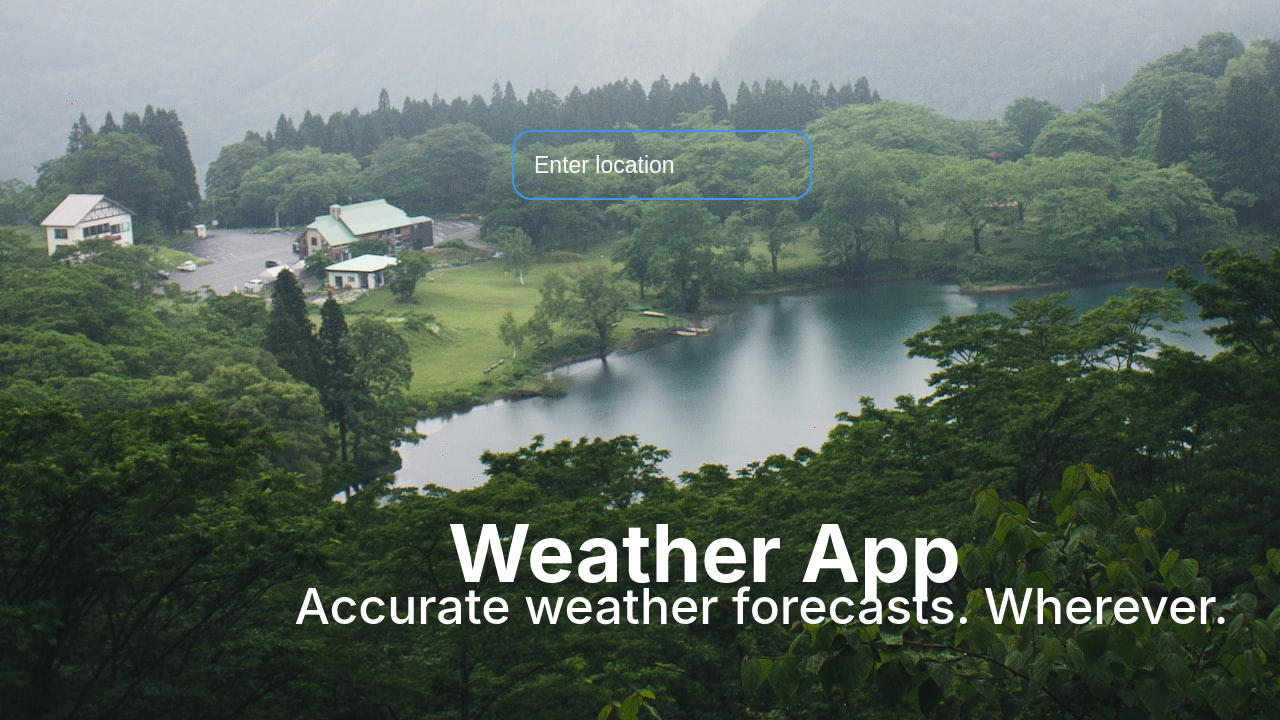
Repository: RenataDzotova/WeatherForecast
Page: /
The author's editor kept a copy of each file at every save. The page is drawn from the files as they stood at one save, then again after the next save.
The browser window is 1280 px wide. The pictures show the whole page.
The project was rebuilt for these pictures with package versions that can differ from the ones it lists, and the page was loaded fresh each time. The framework's server and built-in components were replaced by stand-ins that run in the browser. Also part of the build but not shown: next.config.js, styles/Home.module.css.

Above is the page before, as saved 2023-01-19 16:48:25.

### pages/index.js
import Head from 'next/head'
import Image from 'next/image'
import styles from '../styles/Home.module.css'
import axios from 'axios'
import { useState } from 'react'
import { FlexBox, Wrapper, Text, ImgPlaceholder } from '../styles/global'

export default function Home() {
  const [data, setData] = useState({});
  const [location, setLocation] = useState('');
  const [weather, setWeather] = useState();
  const [errorMessage, setErrorMessage] = useState('')
  const [showTitle, setShowTitle] = useState('Weather App')
  const [showDesc, setShowDesc] = useState('Accurate weather forecasts. Wherever.')

  const searchLocation = (event) => {
    if (event.key === "Enter"){
      axios.get(url)
      .then((response) => {
        console.clear()
        setData(response.data)
        console.log(response.data)
        setWeather(response.data.weather)
        setErrorMessage("")
        setShowTitle("")
        setShowDesc("")
      }) .catch(err => {
        console.log(err)
        setErrorMessage("Please enter another location")
        setData({})
        setWeather()
      })
      setLocation('')
    }
  }

  var apiKey = "f1c3aba9f416efdb16702d2866709e98";
  var lang = "en";
  var units = "metric";
  const url = `https://api.openweathermap.org/data/2.5/weather?q=${location}&units=${units}&appid=${apiKey}&lang=${lang}`

  return (
    <div className={styles.bg}>
      <Head>
        <title>Create Next App</title>
        <meta name="description" content="Generated by create next app" />
        <link rel="icon" href="/favicon.ico" />
        <link rel="preconnect" href="https://fonts.gstatic.com" crossorigin />
        <link
            href="https://fonts.googleapis.com/css2?family=Plus+Jakarta+Sans:ital,wght@0,200;0,300;0,400;0,500;0,600;0,700;0,800;1,200;1,300;1,400;1,500;1,600;1,700;1,800&display=swap"
            rel="stylesheet"
            />
      </Head>

      <main>


        {
          data &&
            <span>
              {errorMessage}
              <span className='titleText'>
              {showTitle}
              </span>
              <span className='descText'>
              {showDesc}
              </span>
            </span>
        }


        <input className='inputStyle'
          value = {location}
          onChange={event=> setLocation(event.target.value)}
          placeholder="Enter location"
          onKeyDown={searchLocation}
          type="text"
          style={{position:"absolute", top:"130px", left:"40%" }}
        >
        </input>

        {
          weather && weather.map((w, index) =>{
            return(
              <Wrapper bgImage={ data.main.temp.toFixed() < 0 && w.main=="Snow" ? "/alora-griffiths-HlnFco4i624-unsplash.jpg" : w.main=="Rain" || w.main=="Thunderstorm" ? "/nick-nice-ve-R7PCjJDk-unsplash.jpg" : w.main=="Clouds" ? "/johny-goerend-z_SXPzTMKkc-unsplash.jpg" : "/kenrick-mills-MF9Wy1NA55I-unsplash-2.jpg"} key={index}>

                  <FlexBox dir="column" width="100%" height="100%">
                    <FlexBox dir="column" margin="200px 0 0 0">
                      <Text color="white" fontSize="65px" fontWeight="bold">{data.name}</Text>
                        <FlexBox alignItems="flex-start">
                          <Text color="white" fontSize="90px" fontWeight="bold">{data.main.temp.toFixed()}°</Text>
                          <FlexBox margin="15px 0 12px 10px"><Text color="white" fontSize="30px">{w.main} </Text></FlexBox>
                        </FlexBox>
                    </FlexBox>

                    <FlexBox flexWrap="wrap" margin="100px 0 0 0" bgColor="rgba(227, 227, 227, 0.25)" border="rgba(227, 227, 227) solid 2px" minHeight="130px" width="60%" borderRadius="30px" justifyContent="space-around" padding="0 20px 0 20px">
                      <FlexBox dir="column">
                        <Text color="white" fontSize="65px" fontWeight="700">{data.main.feels_like.toFixed()}°C</Text>
                        <Text color="white">Feels like</Text>
                      </FlexBox>
                      <FlexBox dir="column">
                        <Text color="white" fontSize="65px" fontWeight="700">{data.main.humidity}%</Text>
                        <Text color="white">Humidity</Text>
                      </FlexBox>
                      <FlexBox dir="column">
                        <FlexBox>
                          <Text color="white" fontSize="65px" fontWeight="700">{data.main.pressure}</Text>
                          <Text fontSize="20px" margin="0 0 15px 0" color="white">hPa</Text>
                        </FlexBox>
                        <Text color="white">Pressure</Text>
                      </FlexBox>
                      { data.wind.gust &&
                      <FlexBox dir="column">
                        <FlexBox>
                          <Text color="white" fontSize="65px" fontWeight="700">{data.wind.gust}</Text>
                          <Text fontSize="20px" margin="0 0 15px 0" color="white">M/s</Text>
                        </FlexBox>
                        <Text color="white">Wind</Text>
                      </FlexBox>
                      }
                    </FlexBox>
                  </FlexBox>
              </Wrapper>
            )
          })
        }
      </main>

      {/* <footer className={styles.footer}>
        <a
          href="https://vercel.com?utm_source=create-next-app&utm_medium=default-template&utm_campaign=create-next-app"
          target="_blank"
          rel="noopener noreferrer"
        >
          Powered by{' '}
          <span className={styles.logo}>
            <Image src="/vercel.svg" alt="Vercel Logo" width={72} height={16} />
          </span>
        </a>
      </footer> */}
    </div>
  )
}

### styles/globals.css
html,
body {
  padding: 0;
  margin: 0;
  font-family: -apple-system, BlinkMacSystemFont, Segoe UI, Roboto, Oxygen,
    Ubuntu, Cantarell, Fira Sans, Droid Sans, Helvetica Neue, sans-serif;
  background-image: url("../public/cory-bjork-nkXNnX4BG1k-unsplash.jpg");
  background-position: center;
  background-repeat: no-repeat;
  display: flex;
  justify-content: center;
  align-items: center;
  flex-direction: column;
}

.titleText{
  font-size: 80px;
  font-weight: 700;
  color: white;
  background-color: transparent;
  position: absolute;
  left: 35%;
  top: 70%;
}

.descText{
  font-size: 50px;
  font-weight: 500;
  color: white;
  background-color: transparent;
  position: absolute;
  left: 23%;
  top: 80%;
}

a {
  color: inherit;
  text-decoration: none;
}

.inputStyle{
  border-radius: 20px;
  height: 70px;
  width: 300px;
  font-size: 23px;
  padding: 20px;
  background-color: transparent;
  color: rgb(14, 40, 66);
  border: 2px solid rgb(62, 150, 239);
}
::placeholder {
  color: white;
  opacity: 1; /* Firefox */
}

* {
  box-sizing: border-box;
}

@media (prefers-color-scheme: dark) {
  html {
    color-scheme: dark;
  }
  body {
    color: white;
    background: black;
  }
}

### styles/global.js
import styled from 'styled-components';

export const Text = styled.p`
    font-size: ${props=>props.fontSize || "21px"};
    font-weight: ${props=>props.fontWeight || "normal"};
    color: ${props=>props.color};
    margin: ${props=>props.margin || "0px"};

`


export const FlexBox = styled.div`
    display:flex;
    justify-content:${props=>props.justifyContent || "center"};
    align-items:${props=>props.alignItems || "center"};
    flex-direction:${props=>props.dir || "row"};
    flex-wrap: ${props=>props.flexWrap};
    width: ${props=>props.width};
    height: ${props=>props.height};
    background-color: ${props=>props.bgColor};
    padding: ${props=>props.padding};
    margin: ${props=>props.margin || "0px"};
    min-height: ${props=>props.minHeight};
    max-height: ${props=>props.maxHeight};
    background-image: ${props=>props.linearGradient || "none"}, url(${props=>props.bgImage});
    background-position: ${props=>props.bgPosition || "center"};
    background-size: ${props=>props.bgSize || "cover"};
    background-repeat: ${props=>props.bgRepeat};
    border-radius:${props=>props.borderRadius};
    filter: ${props=>props.filter};
    border: ${props=>props.border};
    z-index:${props=>props.zIndex};
    position: ${props=>props.position};
    top: ${props=>props.top};
    left:${props=>props.left};
    bottom: ${props=>props.bottom};
    border-bottom-style: ${props=>props.borderBottom};
    box-shadow: ${props=>props.boxShadow};
    border-top: ${props=>props.topBorder};
    border-bottom: ${props=>props.bottomBorder};
    color: ${props=>props.color};
    font-weight: ${props=>props.fontWeight};
    cursor: ${props=>props.cursor};
    max-width: ${props=>props.maxWidth};
    min-width: ${props=>props.minWidth};
    overflow-y: ${props=>props.overflowY};
    overflow-anchor: ${props=>props.overflowA};
    overflow-x: ${props=>props.overflowX};
`

export const Wrapper = styled(FlexBox) `
    width: 100vw;
    min-width: ${props=>props.minWidth};
    height: ${props=>props.height || "100vh"};
    padding:${props=>props.padding};
    overflow-x: ${props=>props.overflowX};
    overflow-y: ${props=>props.overflowY};
    background-image: ${props=>props.linearGradient || "none"}, url(${props=>props.bgImage});
    background-position: ${props=>props.bgPosition || "center"};
    background-size: ${props=>props.bgSize || "cover"};
`


export const ImgPlaceholder = styled.div`
    width: ${props=>props.width || "134px"};
    height: ${props=>props.height || "154px"};
    border-radius: ${props=>props.borderRadius || "8px 0px 0px 8px"};
    background-image: url(${props=>props.bgImage});
    margin: ${props=>props.margin};
    position: ${props=>props.position};
    top: ${props=>props.top};
    background-position: center;
    background-size: cover;
`

Loaded but not shown: pages/_app.js (common file)

After the next save:
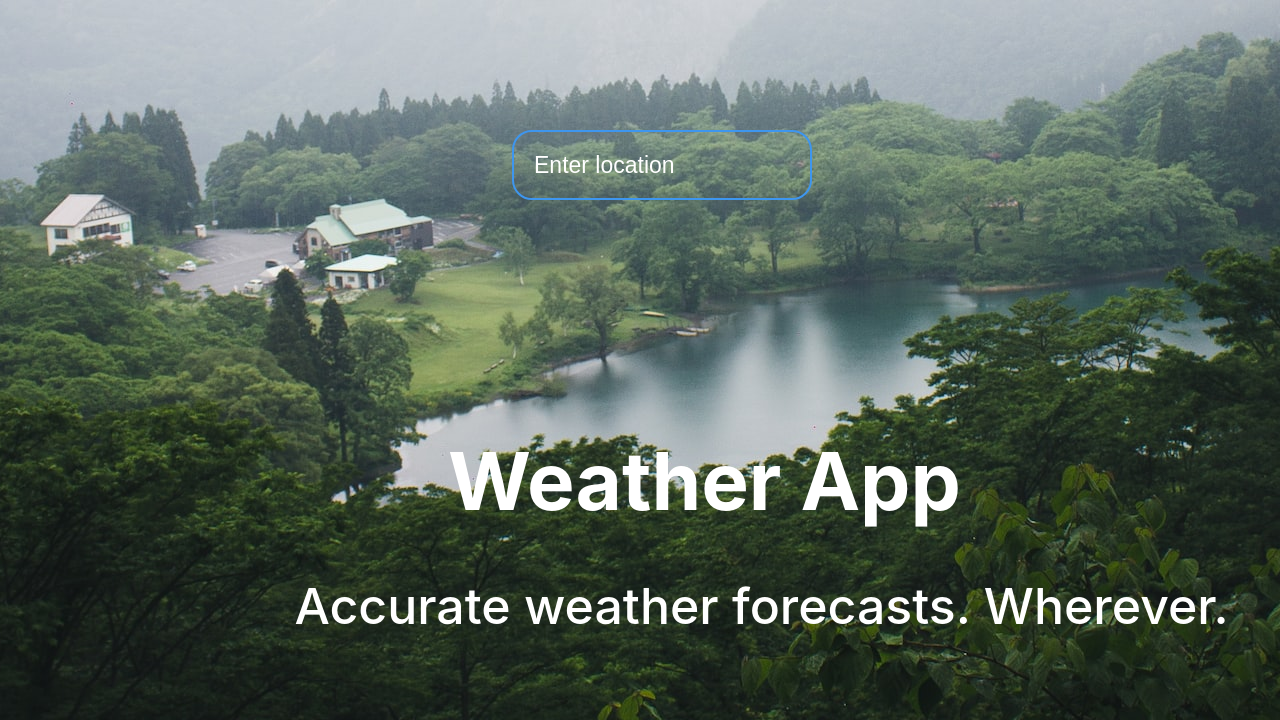
Saved 8 s later.
--- a/styles/globals.css
+++ b/styles/globals.css
@@ -20,7 +20,7 @@ body {
   background-color: transparent;
   position: absolute;
   left: 35%;
-  top: 70%;
+  top: 60%;
 }
 
 .descText{
